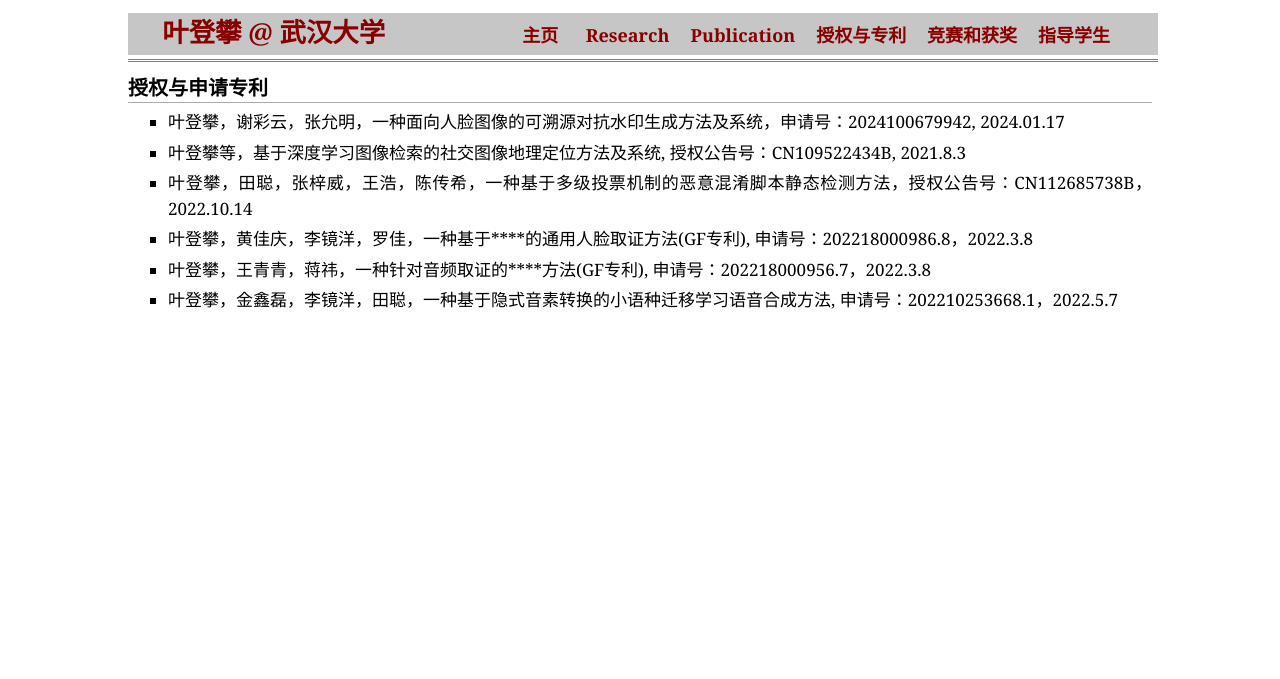
Repository: yedengpan/yedengpan.github.io
Page: patent.html
An editor plug-in stored every save of this project. The page is shown before and after the next save, followed by the edit.
The browser window is 1280 px wide. The pictures show the whole page.

Above is the page before, as saved 2024-01-18 21:05:42.
Console error: SyntaxError: Unexpected token '%'

After the next save:
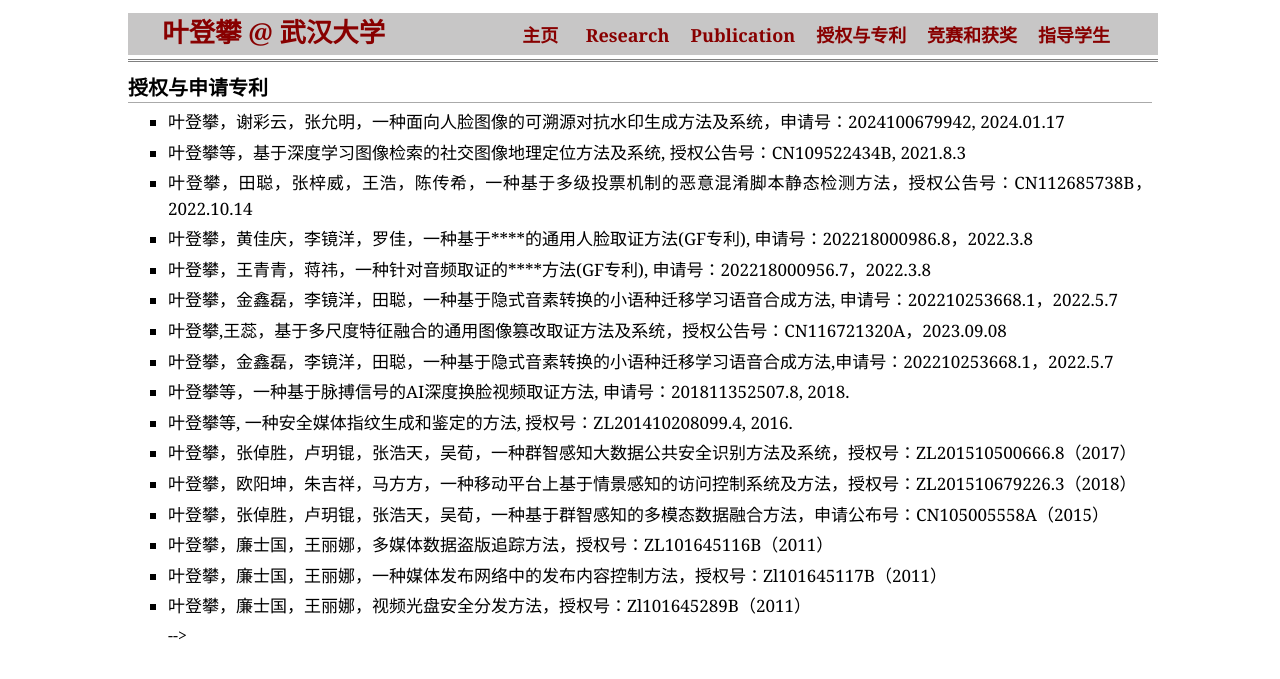
Saved 8 s later.
--- a/patent.html
+++ b/patent.html
@@ -64,7 +64,7 @@
                         叶登攀，金鑫磊，李镜洋，田聪，一种基于隐式音素转换的小语种迁移学习语音合成方法, 申请号：202210253668.1，2022.5.7
                     </p>
                 </li>
-                <!-- <li>
+                <li>
                     <p style="text-align:justify;">
                         叶登攀,王蕊，基于多尺度特征融合的通用图像篡改取证方法及系统，授权公告号：CN116721320A，2023.09.08
                     </p>
